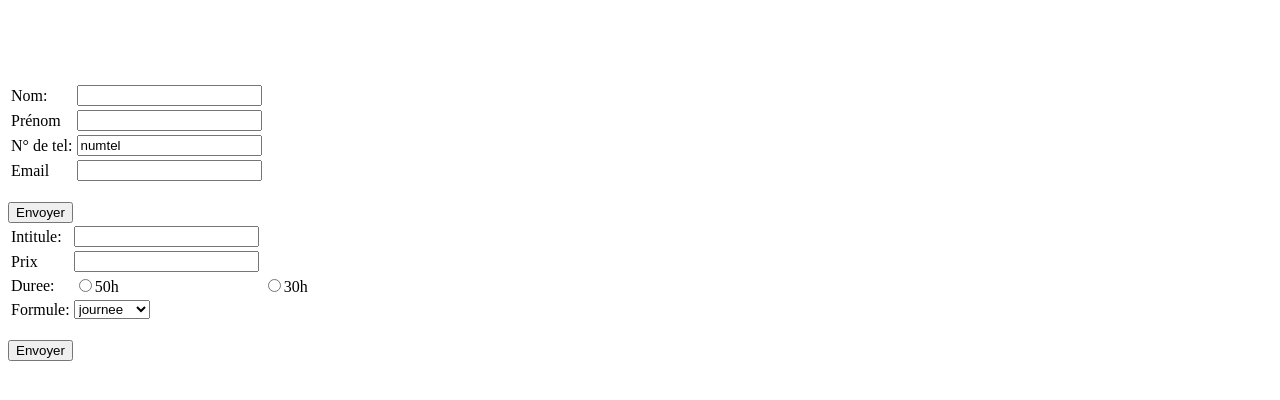
Repository: imouahrani/Gestion-des-stagiaires_JAVAEE
Page: http://localhost/TestInscripStagiaire/Formation.jsp
An editor plug-in stored every save of this project. The page is shown before and after the next save, followed by the edit.
The browser window is 1280 px wide. The pictures show the whole page.
The page is served by Tomcat 9. Other server files are loaded and not shown. The template is opened directly, without the code that normally fills it, so the values that code supplies are empty.

Above is the page before, as saved 2018-07-31 18:16:00.

### Formation Java Entreprise Edition/TestInscripStagiaire/WebContent/Formation.jsp
<%@ page language="java" contentType="text/html; charset=UTF-8"
	pageEncoding="UTF-8"%>
<!DOCTYPE html PUBLIC "-//W3C//DTD HTML 4.01 Transitional//EN" "http://www.w3.org/TR/html4/loose.dtd">
<html>
<head>
<meta http-equiv="Content-Type" content="text/html; charset=UTF-8">
<title>Insert title here</title>
</head>
<body>
	<br>
	<br>
	<br>
	<br>
	<b style="color: red;"> <%
 	String message = (String) request.getAttribute("m");
 	if (message != null)
 		out.print(message);
 %>
	</b>

	<form action="TraiteFormation" method="post">

		<table>
<tr>
			<tr>

				<td>Nom:</td>

				<td><input type="text" name="nom"></td>


			</tr>
			<tr>

				<td>Prénom</td>

				<td><input type="text" name="prenom"></td>


			</tr>


			<tr>

				<td>N° de tel:</td>

				<td><input type="text" name="numTel" value="numtel"></td>


			</tr>


			<tr>

				<td>Email</td>

				<td><input type="text" name="email"></td>


			</tr>






		</table>
		<br> <input type="submit" value="Envoyer">
		<table>


			<tr>

				<td>Intitule:</td>

				<td><input type="text" name="intitule"></td>


			</tr>
			<tr>

				<td>Prix</td>

				<td><input type="text" name="prix"></td>


			</tr>


			<tr>

				<td>Duree:</td>

				<td><input type="radio" name="duree" value="50h">50h</td>
				<td><input type="radio" name="duree" value="30h">30h</td>



			</tr>


			<tr>

				<td>Formule:</td>

				<td>

				<select name="formule">
						<option>journee</option>
						<option>soir</option>
						<option>weekend</option>

				    </select>

				</td>


			</tr>




</tr>

		</table>


				<br> <input type="submit" value="Envoyer">



	</form>

</body>
</html>

After the next save:
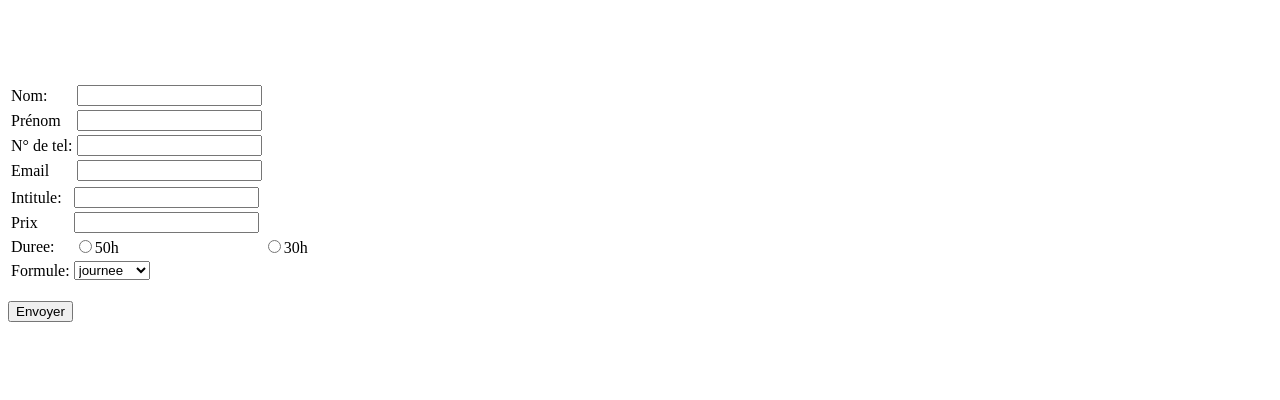
Saved 32 s later.
--- a/Formation Java Entreprise Edition/TestInscripStagiaire/WebContent/Formation.jsp
+++ b/Formation Java Entreprise Edition/TestInscripStagiaire/WebContent/Formation.jsp
@@ -44,7 +44,7 @@
 
 				<td>N° de tel:</td>
 
-				<td><input type="text" name="numTel" value="numtel"></td>
+				<td><input type="text" name="numTel" ></td>
 
 
 			</tr>
@@ -65,7 +65,7 @@
 
 
 		</table>
-		<br> <input type="submit" value="Envoyer">
+
 		<table>
 
 
